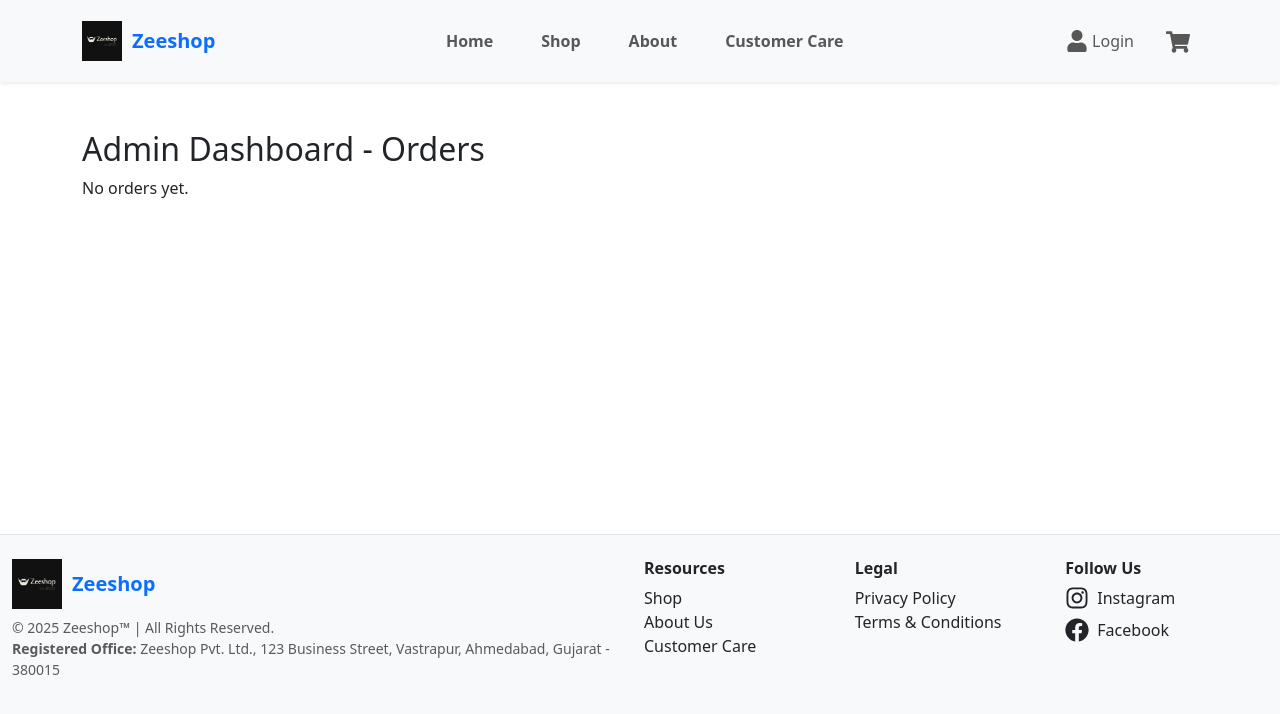
Repository: zeel2306/React-Projects
Page: /admin (app in shop/)
The author's editor kept a copy of each file at every save. The page is drawn from the files as they stood at one save, then again after the next save.
The browser window is 1280 px wide. The pictures show the whole page.
The page's requests for data from a server got no answer. The project was rebuilt for these pictures with package versions that can differ from the ones it lists, and the page was loaded fresh each time. No one was signed in, and anything a server would have sent is missing. Also part of the build but not shown: shop/src/index.css, shop/src/Components/Login.jsx, shop/src/Components/Slider.jsx, shop/src/Components/Product.jsx, shop/src/Components/About.jsx, shop/src/Components/Customercare.jsx, shop/src/Components/ProductDetail.jsx, shop/src/Components/PrivacyPolicy.jsx and 10 more.

Above is the page before, as saved 2025-08-06 18:51:17.

After the next save:
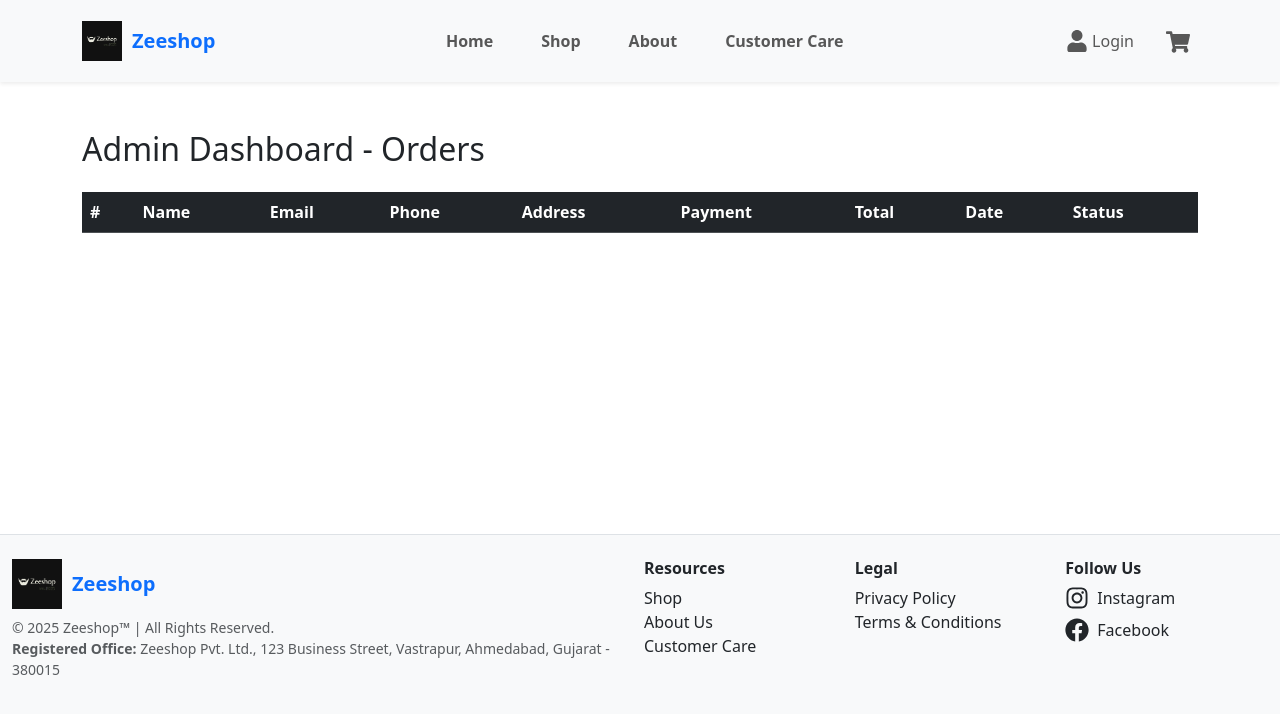
Saved 10 s later.
--- a/shop/src/Components/AdminDashboard.jsx
+++ b/shop/src/Components/AdminDashboard.jsx
@@ -1,17 +1,25 @@
 import React, { useEffect, useState } from "react";
-import axios from "axios";
 
 export default function AdminDashboard() {
   const [orders, setOrders] = useState([]);
 
   const fetchOrders = async () => {
-    const res = await axios.get("http://localhost:5000/orders");
-    setOrders(res.data);
+    const response = await fetch("http://localhost:5000/orders");
+    const data = await response.json();
+    setOrders(data);
   };
 
-  const deleteOrder = async (id) => {
-    await axios.delete(`http://localhost:5000/orders/${id}`);
-    fetchOrders();
+  const updateStatus = async (id, newStatus) => {
+    try {
+      await fetch(`http://localhost:5000/orders/${id}/status`, {
+        method: "PUT",
+        headers: { "Content-Type": "application/json" },
+        body: JSON.stringify({ status: newStatus }),
+      });
+      fetchOrders();
+    } catch (err) {
+      console.error("Error updating status", err);
+    }
   };
 
   useEffect(() => {
@@ -19,61 +27,48 @@ export default function AdminDashboard() {
   }, []);
 
   return (
-    <div className="container my-5">
-      <h2>Admin Dashboard - Orders</h2>
-      {orders.length === 0 ? (
-        <p>No orders yet.</p>
-      ) : (
-        orders.map((order, index) => (
-          <div key={order._id} className="card mb-4 shadow">
-            <div className="card-body">
-              <h5 className="card-title">
-                Order #{index + 1} - {order.name || "Unknown"}
-              </h5>
-              <p><b>Email:</b> {order.email || "N/A"}</p>
-              <p><b>Phone:</b> {order.phone || "N/A"}</p>
-              <p><b>Address:</b> {order.address || "N/A"}</p>
-              <p><b>Date:</b> {order.date || "N/A"}</p>
-              <p><b>Payment Method:</b> {order.paymentMethod}</p>
-              {order.paymentMethod === "UPI" && <p><b>UPI ID:</b> {order.upiId}</p>}
-              {order.paymentMethod === "Card" && (
-                <>
-                  <p><b>Card:</b> **** **** **** {order.cardNumber?.slice(-4)}</p>
-                  <p><b>Expiry:</b> {order.cardExpiry}</p>
-                </>
-              )}
-              <h6>Products:</h6>
-              <table className="table table-sm table-bordered">
-                <thead>
-                  <tr>
-                    <th>Product</th>
-                    <th>Price</th>
-                    <th>Qty</th>
-                    <th>Subtotal</th>
-                  </tr>
-                </thead>
-                <tbody>
-                  {order.cart.map((item, idx) => (
-                    <tr key={idx}>
-                      <td>{item.title}</td>
-                      <td>${item.price}</td>
-                      <td>{item.quantity}</td>
-                      <td>${(item.price * item.quantity).toFixed(2)}</td>
-                    </tr>
-                  ))}
-                </tbody>
-              </table>
-              <p><b>Total:</b> ${order.total.toFixed(2)}</p>
-              <button
-                className="btn btn-danger mt-3"
-                onClick={() => deleteOrder(order._id)}
-              >
-                Delete Order
-              </button>
-            </div>
-          </div>
-        ))
-      )}
+    <div className="container mt-5">
+      <h2 className="mb-4">Admin Dashboard - Orders</h2>
+      <table className="table table-striped">
+        <thead className="table-dark">
+          <tr>
+            <th>#</th>
+            <th>Name</th>
+            <th>Email</th>
+            <th>Phone</th>
+            <th>Address</th>
+            <th>Payment</th>
+            <th>Total</th>
+            <th>Date</th>
+            <th>Status</th>
+          </tr>
+        </thead>
+        <tbody>
+          {orders.map((order, index) => (
+            <tr key={order._id}>
+              <td>{index + 1}</td>
+              <td>{order.name}</td>
+              <td>{order.email}</td>
+              <td>{order.phone}</td>
+              <td>{order.address}</td>
+              <td>{order.paymentMethod}</td>
+              <td>${order.total}</td>
+              <td>{order.date}</td>
+              <td>
+                <select
+                  value={order.status}
+                  onChange={(e) => updateStatus(order._id, e.target.value)}
+                >
+                  <option value="Pending">Pending</option>
+                  <option value="Processing">Processing</option>
+                  <option value="Shipped">Shipped</option>
+                  <option value="Delivered">Delivered</option>
+                </select>
+              </td>
+            </tr>
+          ))}
+        </tbody>
+      </table>
     </div>
   );
 }
